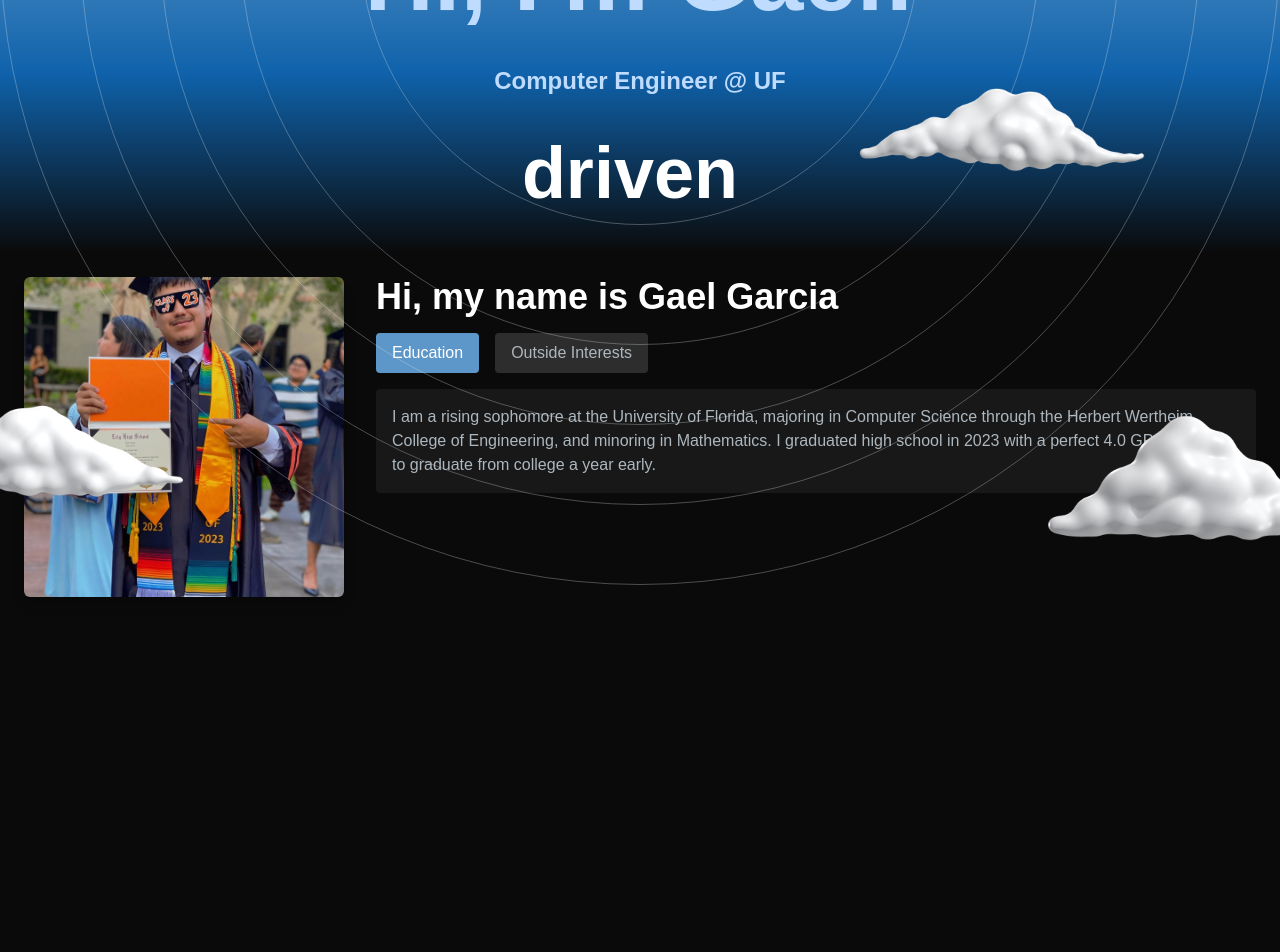
Repository: GG1627/2d-portfolio
Page: /
An editor plug-in stored every save of this project. The page is shown before and after the next save, followed by the edit.
The browser window is 1280 px wide. The pictures show the part of the page from y = 467 to 1419 px (the page is 5560 px tall).
The project was rebuilt for these pictures with package versions that can differ from the ones it lists, and the page was loaded fresh each time. The framework's server and built-in components were replaced by stand-ins that run in the browser. Also part of the build but not shown: next.config.ts.

Above is the page before, as saved 2025-01-08 11:15:40.

### app/page.tsx
import { Hero } from "./sections/Hero";
import { Stack } from "./sections/Stack";
import { Projects } from "./sections/Projects";
import { Navbar } from "./sections/Navbar";
import About from "./sections/About";
import { Contact } from "./sections/Contact";

export default function Home() {
  return (
    <div>
      <Navbar />
      <Hero />
      <About />
      <Projects />
      <Stack />
      <Contact />
    </div>
  );
}

### app/sections/Hero.tsx
"use client";
import Image from "next/image";
import { TypeAnimation } from "react-type-animation";
import React from "react";
import ParallaxClouds from "../components/Clouds";
import Avatar from "./../assets/avatar.png";

export const Hero = () => {
  return (
    <div
      style={{
        background:
          "linear-gradient(180deg, #557BAD, #8BAAC4, #5D97C9, #0F62AB, #0a0a0a)",
      }}
      className="overflow-x-clip min-h-screen pb-2 flex items-center justify-center relative"
    >
      <div className="container mx-auto space-y-10 flex items-center justify-center flex-col text-center">
        <div className="w-[320px] h-[320px] rounded-full overflow-hidden bg-slate-200">
          <Image
            src={Avatar}
            alt="avatar"
            className="object-cover"
            width={320}
            height={320}
          />
        </div>
        <h1 className="text-blue-200 font-extrabold text-8xl">Hi, I'm Gael!</h1>
        <p className="text-blue-200 text-2xl font-semibold max-w-[500px]">
          Computer Engineer @ UF
        </p>
        <TypeAnimation
          className="text-7xl text-white inline-block font-extrabold"
          wrapper="h1"
          cursor={true}
          repeat={Infinity}
          sequence={[
            "leader",
            1000,
            "creative",
            1000,
            "passionate",
            1000,
            "driven",
            1000,
            "adaptable",
            1000,
            "ambitious",
            1000,
          ]}
        />
        <ParallaxClouds />
      </div>
    </div>
  );
};

### app/sections/Stack.tsx
"use client";
import React, { useEffect } from "react";
import {
  SiReact,
  SiNodedotjs,
  SiCplusplus,
  SiPython,
  SiThreedotjs,
  SiNextdotjs,
  SiFirebase,
  SiRedux,
  SiJavascript,
  SiTypescript,
} from "react-icons/si";
import { motion, useAnimation } from "framer-motion";
import { useInView } from "react-intersection-observer";

const stackItems = [
  {
    id: 1,
    name: "C++",
    icon: <SiCplusplus size={100} />,
    color: "text-sky-400",
  },
  {
    id: 2,
    name: "Python",
    icon: <SiPython size={100} />,
    color: "text-sky-400",
  },
  {
    id: 3,
    name: "JavaScript",
    icon: <SiJavascript size={100} />,
    color: "text-sky-400",
  },
  {
    id: 4,
    name: "TypeScript",
    icon: <SiTypescript size={100} />,
    color: "text-sky-400",
  },
  {
    id: 5,
    name: "React",
    icon: <SiReact size={100} />,
    color: "text-sky-400",
  },
  {
    id: 6,
    name: "Node.js",
    icon: <SiNodedotjs size={100} />,
    color: "text-sky-400",
  },
  {
    id: 7,
    name: "Three.js",
    icon: <SiThreedotjs size={100} />,
    color: "text-sky-400",
  },
  {
    id: 8,
    name: "Next.js",
    icon: <SiNextdotjs size={100} />,
    color: "text-sky-400",
  },
  {
    id: 9,
    name: "Firebase",
    icon: <SiFirebase size={100} />,
    color: "text-sky-400",
  },
  {
    id: 10,
    name: "Redux",
    icon: <SiRedux size={100} />,
    color: "text-sky-400",
  },
];

const itemVariants = {
  hidden: (index: number) => ({
    opacity: 0,
    x: index % 2 === 0 ? -100 : 100,
  }),
  visible: {
    opacity: 1,
    x: 0,
    transition: {
      duration: 3,
    },
  },
};

export const Stack = () => {
  const controls = useAnimation();
  const [ref, inView] = useInView({
    threshold: 0.1,
  });

  useEffect(() => {
    if (inView) {
      controls.start("visible");
    } else {
      controls.start("hidden");
    }
  }, [controls, inView]);

  return (
    <section className="">
      <div className=" max-w-[250px] mx-auto text-center">
        <h2 className="text-7xl text-gray-200 font-bold mb-10">My Stack</h2>
        <div className="grid gap-8" ref={ref}>
          {stackItems.map((item, index) => (
            <motion.div
              key={item.id}
              custom={index}
              initial="hidden"
              animate={controls}
              variants={itemVariants}
              className="bg-white/10 flex justify-center items-center flex-row rounded-xl shadow-lg p-4 hover:shadow-2xl"
            >
              <div className={`mb-4 ${item.color}`}>{item.icon}</div>
              <p className="text-white/20 text-3xl transform rotate-[-90deg]">
                {item.name}
              </p>
            </motion.div>
          ))}
        </div>
      </div>
    </section>
  );
};

### app/sections/Projects.tsx
import React from "react";
import ProjectCard from "../components/ProjectCard";

const projectsData = [
  {
    id: 1,
    title: "3D Portfolio",
    description:
      "An immersive, fully interactive 3D portfolio that seamlessly integrates 2D elements, providing a dynamic and engaging experience for users to explore the app in a visually compelling environment.",
    image: "images/netflix.png",
    tag: ["All", "Web"],
    gitUrl: "/",
    previewUrl: "/",
    tools: [
      "TypeScript",
      "React",
      "React-Three-Fiber",
      "Three.js",
      "GSAP",
      "HTML",
      "CSS",
    ],
  },
  {
    id: 2,
    title: "2D Portfolio",
    description:
      "A dynamic portfolio featuring engaging animations, designed to serve as a 2D component within my 3D portfolio project.",
    image: "images/netflix.png",
    tag: ["All", "Web"],
    gitUrl: "/",
    previewUrl: "/",
    tools: [
      "TypeScript",
      "React",
      "Next.js",
      "Framer Motion",
      "Parallax",
      "HTML",
      "Tailwind CSS",
      "Vercel",
    ],
  },
  {
    id: 3,
    title: "Netflix Clone",
    description:
      "Developed a fully functional Netflix clone with user authentication, movie browsing, subscription management, and recurring payments, delivering an immersive streaming experience.",
    image: "images/netflix.png",
    tag: ["All", "Web"],
    gitUrl: "https://github.com/GG1627/Netflix-clone",
    previewUrl: "https://movieappv2-8361c.web.app/",
    tools: [
      "JavaScript",
      "React",
      "Redux",
      "Firebase",
      "Stripe",
      "API",
      "HTML",
      "CSS",
    ],
  },
  {
    id: 4,
    title: "Game Twin",
    description:
      "Developed a web application that uses Quick Sort and Cocktail Sort algorithms to provide personalized video game recommendations based on parameters such as Metacritic ratings and achievements, leveraging a dataset of over 470,000 games.",
    image: "images/gameTwin.png",
    tag: ["All", "Web"],
    gitUrl: "https://github.com/GG1627/Game-Twin",
    previewUrl: "https://game-twin.onrender.com/",
    tools: ["C++", "Python", "Django", "Flask", "HTML", "CSS"],
  },
  {
    id: 5,
    title: "Manim Data Structures",
    description:
      "Collaborating on an open-source project to develop a Python plugin with the Manim library for animating and visualizing data structures, enhancing the understanding of complex algorithms.",
    image: "images/manim.png",
    tag: ["All", "Web"],
    gitUrl: "https://github.com/ufosc/manim-data-structures",
    previewUrl: "",
    tools: ["Python", "Manim", "Mobjects"],
  },
  {
    id: 6,
    title: "Minesweeper",
    description:
      "Recreated the classic Minesweeper game with full functionality, including a timer, mine count, flag placement, and leaderboard, offering an engaging and complete user experience.",
    image: "images/minesweeper.png",
    tag: ["All", "Web"],
    gitUrl: "https://github.com/GG1627/MineSweeper",
    previewUrl: "",
    tools: ["C++", "SFML", "Chronos"],
  },
];

export const Projects = () => {
  return (
    <>
      <h2 className="text-center text-6xl font-bold text-[#5D97C9] mt-4 mb-10">
        My Projects
      </h2>
      <div className="grid md:grid-cols-3 gap-8 md:gap-12 px-10">
        {projectsData.map((project) => (
          <ProjectCard
            key={project.id}
            title={project.title}
            description={project.description}
            imgUrl={project.image}
            gitUrl={project.gitUrl}
            previewUrl={project.previewUrl}
            tools={project.tools}
          />
        ))}
      </div>
    </>
  );
};

### app/sections/Navbar.tsx
"use client";
import React, { useState } from "react";
import { AiOutlineMenu, AiOutlineClose } from "react-icons/ai";
import { motion } from "framer-motion";

const navLinks = [
  { title: "About", path: "#about" },
  { title: "Projects", path: "#Projects" },
  { title: "Stack", path: "#Stack" },
  { title: "Contact", path: "#Contact" },
];

export const Navbar = () => {
  const [nav, setNav] = useState(false);

  const toggleNav = () => {
    setNav(!nav);
  };

  const closeNav = () => {
    setNav(false);
  };

  const menuVariants = {
    open: {
      x: 0,
      transition: {
        stiffness: 20,
        damping: 15,
      },
    },
    close: {
      x: "-100%",
      transition: {
        stiffness: 20,
        damping: 15,
      },
    },
  };

  return (
    <div className="z-50 fixed left-[40%] text-white font-bold">
      <div className="border border-white/20 mt-12 backdrop-blur-xl rounded-3xl hidden md:flex items-center justify-center p-2 max-w-[400px] mx-auto">
        <ul className="flex flex-row p-2 space-x-8">
          {navLinks.map((link, index) => (
            <li key={index}>
              <a
                href={link.path}
                className="transform hover:skew-x-12 hover:text-white/50 transition-all duration-300 ease-in-out"
              >
                {link.title}
              </a>
            </li>
          ))}
        </ul>
      </div>

      <div
        onClick={toggleNav}
        className="z-50 md:hidden absolute top-5 left-5 border rounded text-white/70 border-white/70 p-2"
      >
        {nav ? <AiOutlineClose size={30} /> : <AiOutlineMenu size={30} />}
      </div>

      <motion.div
        initial={false}
        animate={nav ? "open" : "closed"}
        variants={menuVariants}
        className="fixed left-0 top-0 w-full h-full bg-black/90 hidden md:hidden"
      >
        <ul className="flex flex-col items-center justify-center space-y-8 h-full">
          {navLinks.map((link, index) => (
            <li key={index}>
              <a href={link.path} onClick={closeNav} className="text-5xl">
                {link.title}
              </a>
            </li>
          ))}
        </ul>
      </motion.div>
    </div>
  );
};

### app/sections/About.tsx
"use client";
import React, { useState } from "react";

const About: React.FC = () => {
  const [activeTab, setActiveTab] = useState<"education" | "interests">(
    "education"
  );

  const handleTabClick = (tab: "education" | "interests") => {
    setActiveTab(tab);
  };

  return (
    <div className="h-screen flex flex-col md:flex-row items-center md:items-start p-6 bg-[#0a0a0a] text-white">
      {/* Left Section: Profile Picture */}
      <div className="flex-shrink-0 mb-6 md:mb-0 md:mr-8">
        <img
          src="/images/pic.jpg"
          alt="Gael's Picture"
          className="w-80 h-90 md:w-80 md:h-80 rounded-md object-cover shadow-lg"
        />
      </div>

      {/* Right Section: Content */}
      <div className="flex-grow">
        {/* Greeting */}
        <h1 className="text-3xl md:text-4xl font-bold mb-4">
          Hi, my name is Gael Garcia
        </h1>

        {/* Tabs */}
        <div className="flex space-x-4 mb-4">
          <button
            className={`px-4 py-2 rounded ${
              activeTab === "education"
                ? "bg-[#5D97C9] text-white"
                : "bg-[#2D2D2D] text-[#ADB7BE]"
            }`}
            onClick={() => handleTabClick("education")}
          >
            Education
          </button>
          <button
            className={`px-4 py-2 rounded ${
              activeTab === "interests"
                ? "bg-[#5D97C9] text-white"
                : "bg-[#2D2D2D] text-[#ADB7BE]"
            }`}
            onClick={() => handleTabClick("interests")}
          >
            Outside Interests
          </button>
        </div>

        {/* Tab Content */}
        <div className="p-4 rounded bg-[#181818]">
          {activeTab === "education" ? (
            <div>
              {/* <h2 className="text-2xl font-semibold mb-2">Education</h2> */}
              <p className="text-[#ADB7BE]">
                I am a rising sophomore at the University of Florida, majoring
                in Computer Science through the Herbert Wertheim College of
                Engineering, and minoring in Mathematics. I graduated high
                school in 2023 with a perfect 4.0 GPA and plan to graduate from
                college a year early.
              </p>
            </div>
          ) : (
            <div>
              {/* <h2 className="text-2xl font-semibold mb-2">Outside Interests</h2> */}
              <p className="text-[#ADB7BE]">
                Outside of my studies, I enjoy playing pickleball, exploring new
                cuisines (especially tacos!), and watching soccer. I also love
                staying active and spending time with friends and family.
              </p>
            </div>
          )}
        </div>
      </div>
    </div>
  );
};

export default About;

### app/sections/Contact.tsx
export const Contact = () => {
  return <div className="w-full h-screen">Contact</div>;
};

### app/components/Clouds.tsx
import React, { useEffect, useState } from "react";
import Cloud1 from "./../assets/cloud1.png";
import Cloud2 from "./../assets/cloud2.png";
import Cloud3 from "./../assets/cloud3.png";
import Cloud4 from "./../assets/cloud4.png";
import Cloud5 from "./../assets/cloud5.png";
import Image from "next/image";
import { Circles } from "./Circles";

const ParallaxClouds = () => {
  const [mousePosition, setMousePosition] = useState({ x: 0, y: 0 });
  const [cloudsPosition, setCloudsPosition] = useState({
    cloud1: { x: 0, y: 0 },
    cloud2: { x: 0, y: 0 },
    cloud3: { x: 0, y: 0 },
    cloud4: { x: 0, y: 0 },
    cloud5: { x: 0, y: 0 },
  });

  // Track mouse position
  const handleMouseMove = (e: MouseEvent) => {
    const { clientX, clientY } = e;
    setMousePosition({ x: clientX, y: clientY });
  };

  // Calculate cloud positions based on mouse position
  useEffect(() => {
    const updateCloudPositions = () => {
      setCloudsPosition({
        cloud1: {
          x: (mousePosition.x - window.innerWidth / 2) * 0.05,
          y: (mousePosition.y - window.innerHeight / 2) * 0.05,
        },
        cloud2: {
          x: (mousePosition.x - window.innerWidth / 2) * 0.1,
          y: (mousePosition.y - window.innerHeight / 2) * 0.1,
        },
        cloud3: {
          x: (mousePosition.x - window.innerWidth / 2) * 0.15,
          y: (mousePosition.y - window.innerHeight / 2) * 0.15,
        },
        cloud4: {
          x: (mousePosition.x - window.innerWidth / 2) * 0.2,
          y: (mousePosition.y - window.innerHeight / 2) * 0.2,
        },
        cloud5: {
          x: (mousePosition.x - window.innerWidth / 2) * 0.25,
          y: (mousePosition.y - window.innerHeight / 2) * 0.25,
        },
      });
    };

    updateCloudPositions();
  }, [mousePosition]); // Update whenever the mouse position changes

  // Add event listener for mouse movement
  useEffect(() => {
    window.addEventListener("mousemove", handleMouseMove);

    // Clean up the event listener
    return () => {
      window.removeEventListener("mousemove", handleMouseMove);
    };
  }, []);

  return (
    <div className="absolute top-[-35%] left-[50%] w-[78rem] -translate-x-1/2 aspect-square">
      <Circles />
      <Image
        src={Cloud1}
        alt="cloud 1"
        className="absolute"
        style={{
          left: `calc(-7% + ${cloudsPosition.cloud1.x}px)`,
          top: `calc(80% + ${cloudsPosition.cloud1.y}px)`,
          width: "300px", // Make the cloud smaller
          transition: "transform 0.1s ease-out",
        }}
      />
      <Image
        src={Cloud2}
        alt="cloud 2"
        className="absolute"
        style={{
          left: `calc(65% + ${cloudsPosition.cloud2.x}px)`,
          top: `calc(30% + ${cloudsPosition.cloud2.y}px)`,
          width: "300px", // Make the cloud smaller
          transition: "transform 0.1s ease-out",
        }}
      />
      <Image
        src={Cloud3}
        alt="cloud 3"
        className="absolute"
        style={{
          left: `calc(90% + ${cloudsPosition.cloud3.x}px)`,
          top: `calc(85% + ${cloudsPosition.cloud3.y}px)`,
          width: "300px", // Make the cloud smaller
          transition: "transform 0.1s ease-out",
        }}
      />
      <Image
        src={Cloud4}
        alt="cloud 4"
        className="absolute"
        style={{
          left: `calc(-5% + ${cloudsPosition.cloud4.x}px)`,
          top: `calc(35% + ${cloudsPosition.cloud4.y}px)`,
          width: "300px", // Make the cloud smaller
          transition: "transform 0.1s ease-out",
        }}
      />
      <Image
        src={Cloud5}
        alt="cloud 5"
        className="absolute"
        style={{
          left: `calc(80% + ${cloudsPosition.cloud5.x}px)`,
          top: `calc(60% + ${cloudsPosition.cloud5.y}px)`,
          width: "300px", // Make the cloud smaller

          transition: "transform 0.1s ease-out",
        }}
      />
    </div>
  );
};

export default ParallaxClouds;

### app/components/ProjectCard.tsx
"use client";
import React from "react";
import { CodeBracketIcon, EyeIcon } from "@heroicons/react/24/outline";
import Link from "next/link";

interface ProjectCardProps {
  imgUrl: string;
  title: string;
  description: string;
  gitUrl: string;
  previewUrl: string;
  tools: string[]; // tools as an array of strings
}

const ProjectCard: React.FC<ProjectCardProps> = ({
  imgUrl,
  title,
  description,
  gitUrl,
  previewUrl,
  tools,
}) => {
  return (
    <div>
      <div
        className="h-52 md:h-72 rounded-t-xl relative group"
        style={{ background: `url(${imgUrl})`, backgroundSize: "cover" }}
      >
        <div className="overlay items-center justify-center absolute top-0 left-0 w-full h-full bg-[#181818] bg-opacity-0 hidden group-hover:flex group-hover:bg-opacity-80 transition-all duration-500">
          <Link
            href={gitUrl}
            className="h-14 mr-2 w-14 border-2 relative rounded-full border-[#ADB7BE] hover:border-white group/link"
          >
            <CodeBracketIcon className="h-10 w-10 text-[#ADB7BE] absolute top-1/2 left-1/2 transform -translate-x-1/2 -translate-y-1/2 cursor-pointer group-hover/link:text-white" />
          </Link>
          {previewUrl && (
            <Link
              href={previewUrl}
              className="h-14 w-14 border-2 relative rounded-full border-[#ADB7BE] hover:border-white group/link"
            >
              <EyeIcon className="h-10 w-10 text-[#ADB7BE] absolute top-1/2 left-1/2 transform -translate-x-1/2 -translate-y-1/2 cursor-pointer group-hover/link:text-white" />
            </Link>
          )}
        </div>
      </div>
      <div className="text-white rounded-b-xl mt-2 bg-[#0a0a0a] py-6 px-4">
        <h5 className="text-xl font-semibold mb-2 text-[#5D97C9]">{title}</h5>
        <p className="text-[#ADB7BE]">{description}</p>
        {/* Tools section */}
        <div className="mt-4">
          <h6 className="text-[#ADB7BE] font-semibold mb-2">Tools Used:</h6>
          <div className="flex flex-wrap gap-2">
            {tools.map((tool, index) => (
              <span
                key={index}
                className="bg-[#5D97C9] bg-opacity-[10%] text-[#5D97C9] px-4 py-1 rounded-full text-sm"
              >
                {tool}
              </span>
            ))}
          </div>
        </div>
      </div>
    </div>
  );
};

export default ProjectCard;

### app/components/Circles.tsx
export const Circles = () => {
  return (
    <>
      <div className="aspect-square absolute opacity-30 top-1/2 left-1/2 w-[60rem] border rounded-full -translate-x-1/2 -translate-y-1/2"></div>
      <div className="aspect-square absolute opacity-30 top-1/2 left-1/2 w-[50rem] border rounded-full -translate-x-1/2 -translate-y-1/2"></div>
      <div className="aspect-square absolute opacity-30 top-1/2 left-1/2 w-[35rem] border rounded-full -translate-x-1/2 -translate-y-1/2"></div>
      {/* <div className="aspect-square absolute opacity-30 top-1/2 left-1/2 w-[20rem] border rounded-full -translate-x-1/2 -translate-y-1/2"></div> */}
      <div className="aspect-square absolute opacity-30 top-1/2 left-1/2 w-[70rem] border rounded-full -translate-x-1/2 -translate-y-1/2"></div>
      <div className="aspect-square absolute opacity-30 top-1/2 left-1/2 w-[80rem] border rounded-full -translate-x-1/2 -translate-y-1/2"></div>
    </>
  );
};

### tailwind.config.ts
import type { Config } from "tailwindcss";

export default {
  content: [
    "./pages/**/*.{js,ts,jsx,tsx,mdx}",
    "./components/**/*.{js,ts,jsx,tsx,mdx}",
    "./app/**/*.{js,ts,jsx,tsx,mdx}",
  ],
  theme: {
    extend: {
      colors: {
        background: "var(--background)",
        foreground: "var(--foreground)",
      },
    },
    screens: {
      sm: "640px",
      md: "768px",
      lg: "1024px",
      xl: "1280px",
    },
  },
  plugins: [],
} satisfies Config;

Loaded but not shown: app/layout.tsx (common file); app/globals.css (common file)

After the next save:
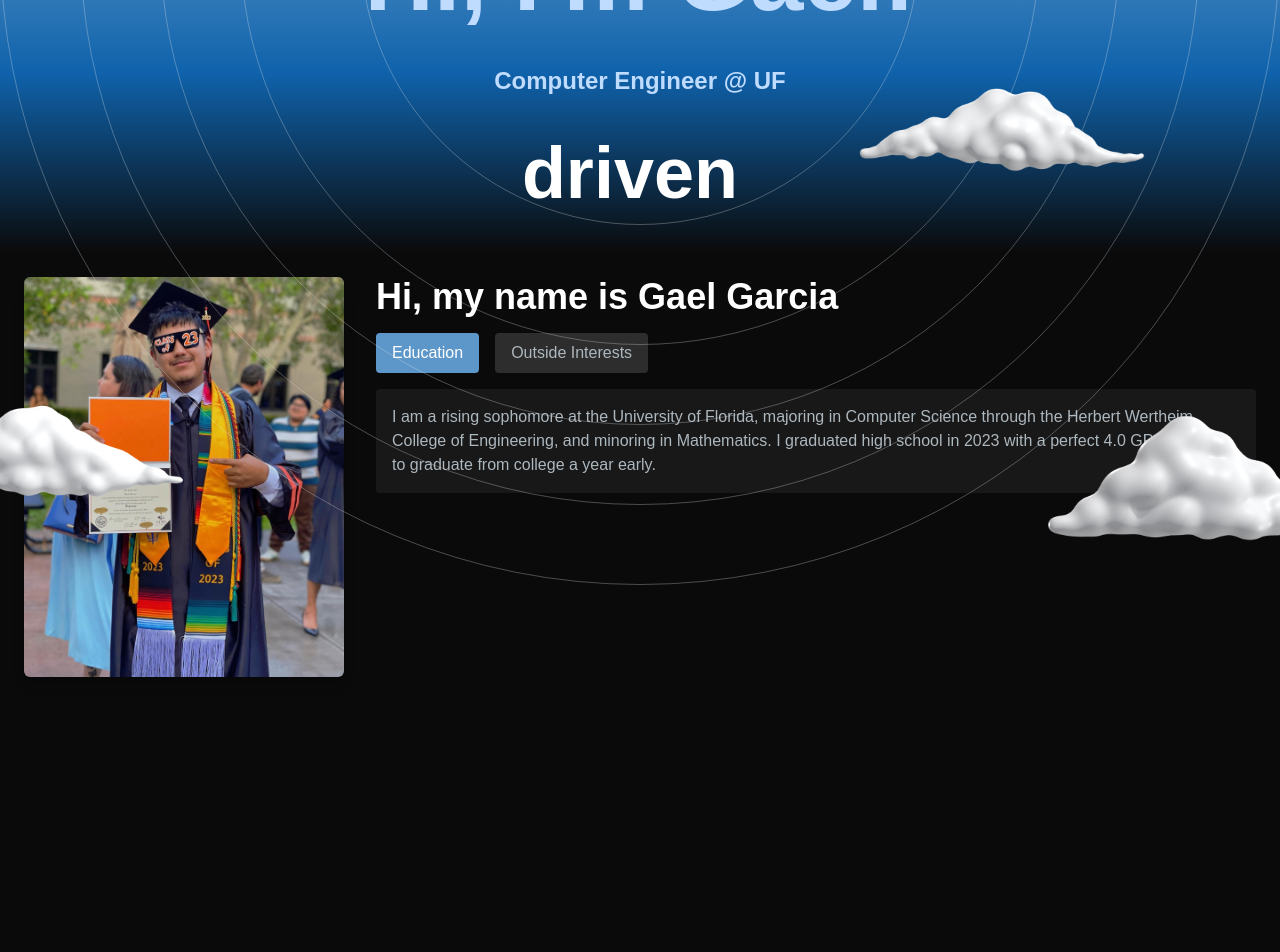
Saved 6 s later.
--- a/app/sections/About.tsx
+++ b/app/sections/About.tsx
@@ -17,7 +17,7 @@
         <img
           src="/images/pic.jpg"
           alt="Gael's Picture"
-          className="w-80 h-90 md:w-80 md:h-80 rounded-md object-cover shadow-lg"
+          className="w-80 h-90 md:w-80 md:h-90 rounded-md object-cover shadow-lg"
         />
       </div>
 
